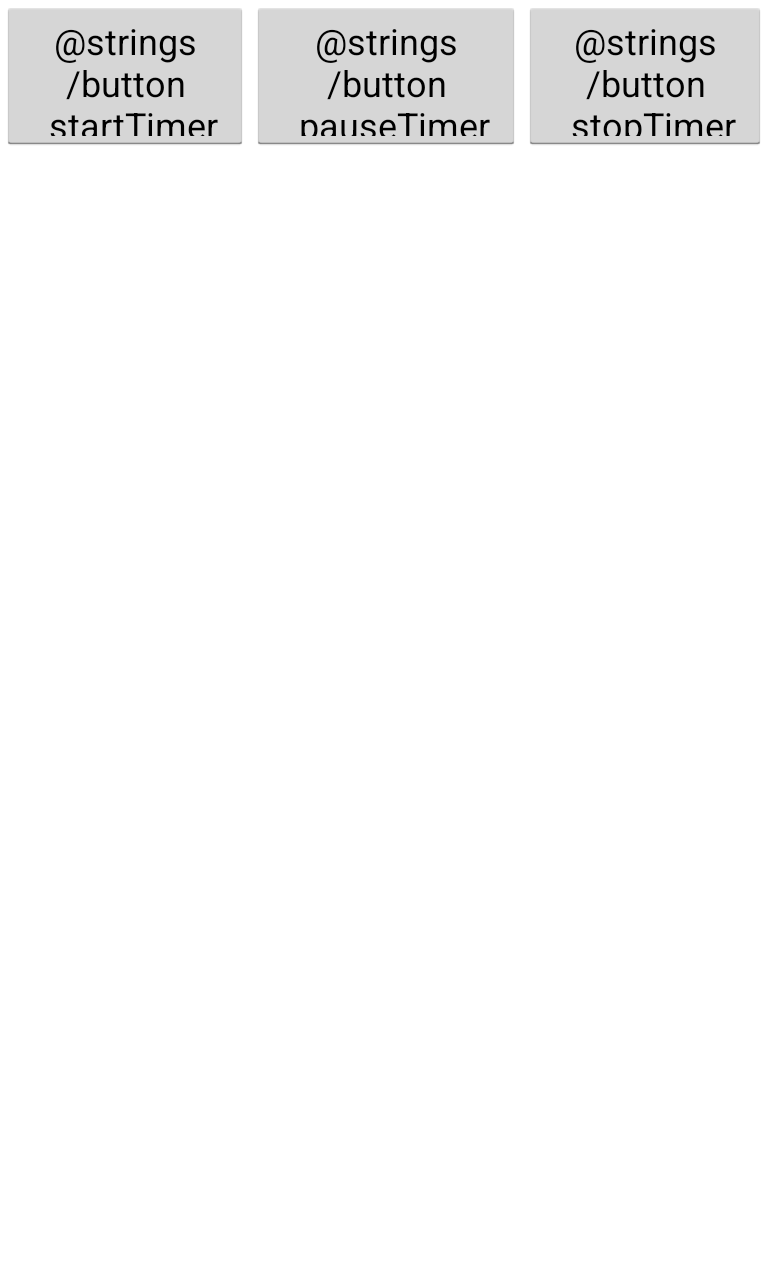
Repository: colinangusmackay/Xander.Pomodoro
Layout: src/Android/XanderPomodoro/res/layout/activity_main.xml
The author's editor kept a copy of each file at every save. The layout is drawn from the files as they stood at one save, then again after the next save.
It is drawn on a 768 x 1280 px phone screen (xhdpi) without system bars, with theme AppTheme; the app's code is not run.

Above is the layout before, as saved 2013-02-09 11:56:04.

### src/Android/XanderPomodoro/res/layout/activity_main.xml
<LinearLayout xmlns:android="http://schemas.android.com/apk/res/android"
    xmlns:tools="http://schemas.android.com/tools"
    android:layout_width="match_parent"
    android:layout_height="match_parent"
    tools:context=".MainActivity" >

    <LinearLayout
        android:layout_width="match_parent"
        android:layout_height="76dp" >

        <Button
            android:layout_weight="1"
            android:id="@+id/startTimerButton"
            android:layout_width="wrap_content"
            android:layout_height="wrap_content"
            android:text="@strings/button_startTimer" />

        <Button
            android:layout_weight="1"
            android:id="@+id/pauseTimerButton"
            android:layout_width="wrap_content"
            android:layout_height="wrap_content"
            android:text="@strings/button_pauseTimer" />

        <Button
            android:layout_weight="1"
            android:id="@+id/stopTimerButton"
            android:layout_width="wrap_content"
            android:layout_height="wrap_content"
            android:text="@strings/button_stopTimer" />

    </LinearLayout>

</LinearLayout>

### src/Android/XanderPomodoro/res/values/strings.xml
<?xml version="1.0" encoding="utf-8"?>
<resources>

    <string name="app_name">Xander Pomodoro</string>
    <string name="menu_settings">Settings</string>
    <string name="button_startTimer">Start Timer</string>
    <string name="button_stopTimer">StopTimer</string>
    <string name="button_pauseTimer">Pause Timer</string>


</resources>

Loaded but not shown: src/Android/XanderPomodoro/res/values/styles.xml (common file); src/Android/XanderPomodoro/res/values-v11/styles.xml (common file); src/Android/XanderPomodoro/res/values-v14/styles.xml (common file)

After the next save:
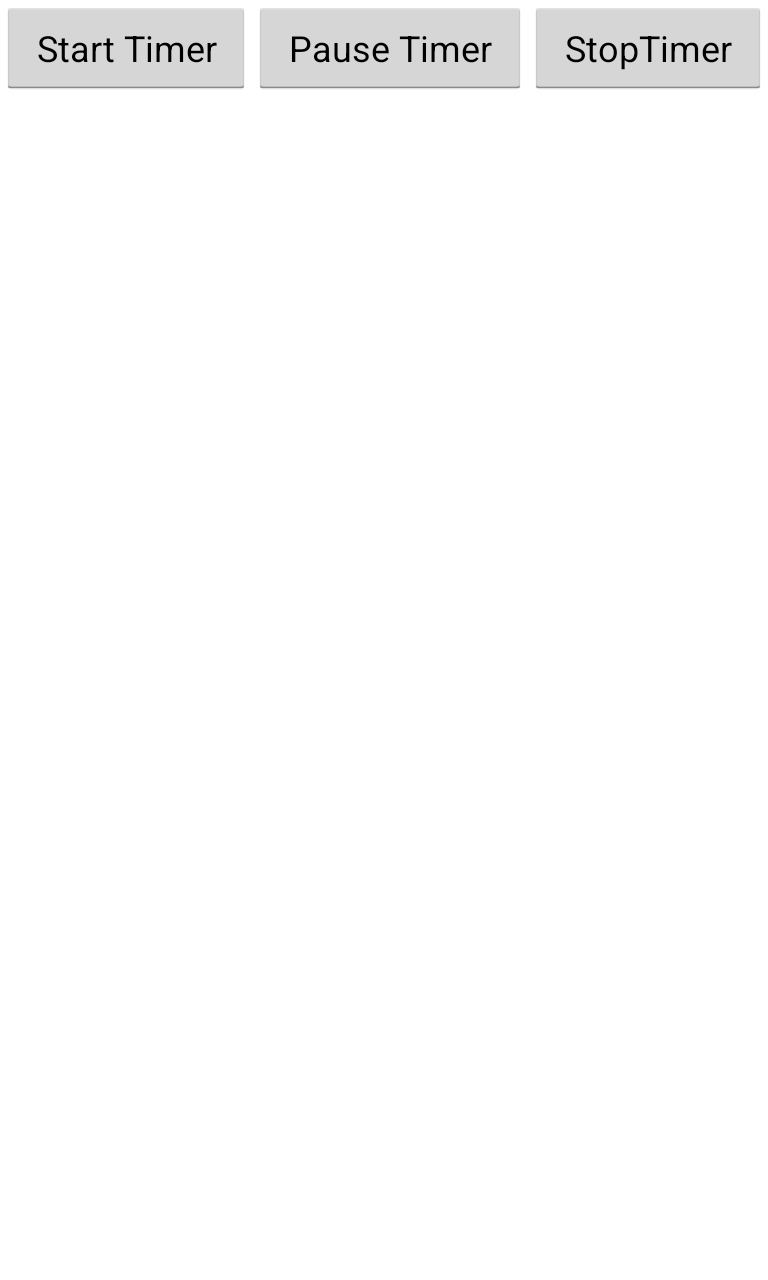
Saved 54 s later.
--- a/src/Android/XanderPomodoro/res/layout/activity_main.xml
+++ b/src/Android/XanderPomodoro/res/layout/activity_main.xml
@@ -13,21 +13,21 @@
             android:id="@+id/startTimerButton"
             android:layout_width="wrap_content"
             android:layout_height="wrap_content"
-            android:text="@strings/button_startTimer" />
+            android:text="@string/button_startTimer" />
 
         <Button
             android:layout_weight="1"
             android:id="@+id/pauseTimerButton"
             android:layout_width="wrap_content"
             android:layout_height="wrap_content"
-            android:text="@strings/button_pauseTimer" />
+            android:text="@string/button_pauseTimer" />
 
         <Button
             android:layout_weight="1"
             android:id="@+id/stopTimerButton"
             android:layout_width="wrap_content"
             android:layout_height="wrap_content"
-            android:text="@strings/button_stopTimer" />
+            android:text="@string/button_stopTimer" />
 
     </LinearLayout>
 
